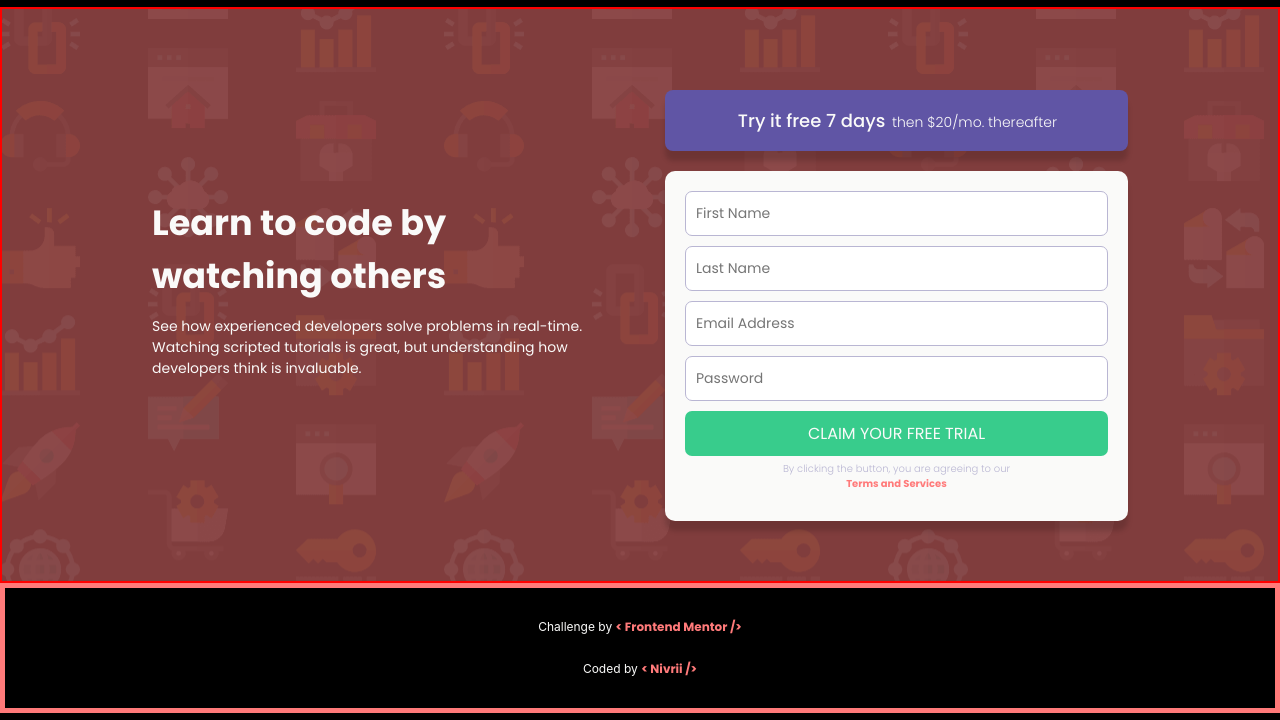
Repository: nivrii/intro-component-with-signup
Page: /
An editor plug-in stored every save of this project. The page is shown before and after the next save, followed by the edit.
The browser window is 1280 px wide. The pictures show the whole page.
The project was rebuilt for these pictures with package versions that can differ from the ones it lists, and the page was loaded fresh each time. Also part of the build but not shown: vite.config.js.

Above is the page before, as saved 2023-10-20 21:16:19.

After the next save:
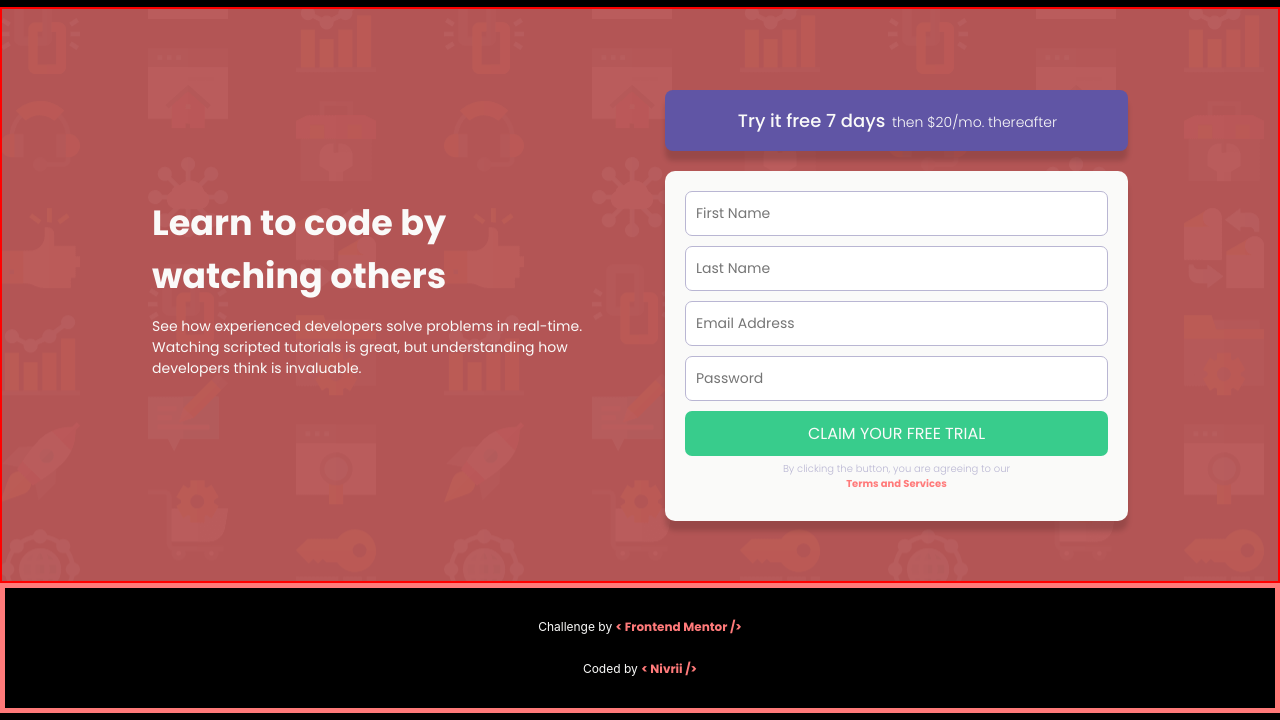
Saved 7 s later.
--- a/src/App.css
+++ b/src/App.css
@@ -6,7 +6,7 @@
 :root {
   /*Primary colors*/
   --red: hsl(0, 100%, 74%);
-  --light-red: hsla(0, 100%, 74%, 0.5);
+  --light-red: hsla(0, 100%, 74%, 0.7);
   --green: hsl(154, 59%, 51%);
   /*Accent colors*/
   --blue: hsl(248, 32%, 49%);
